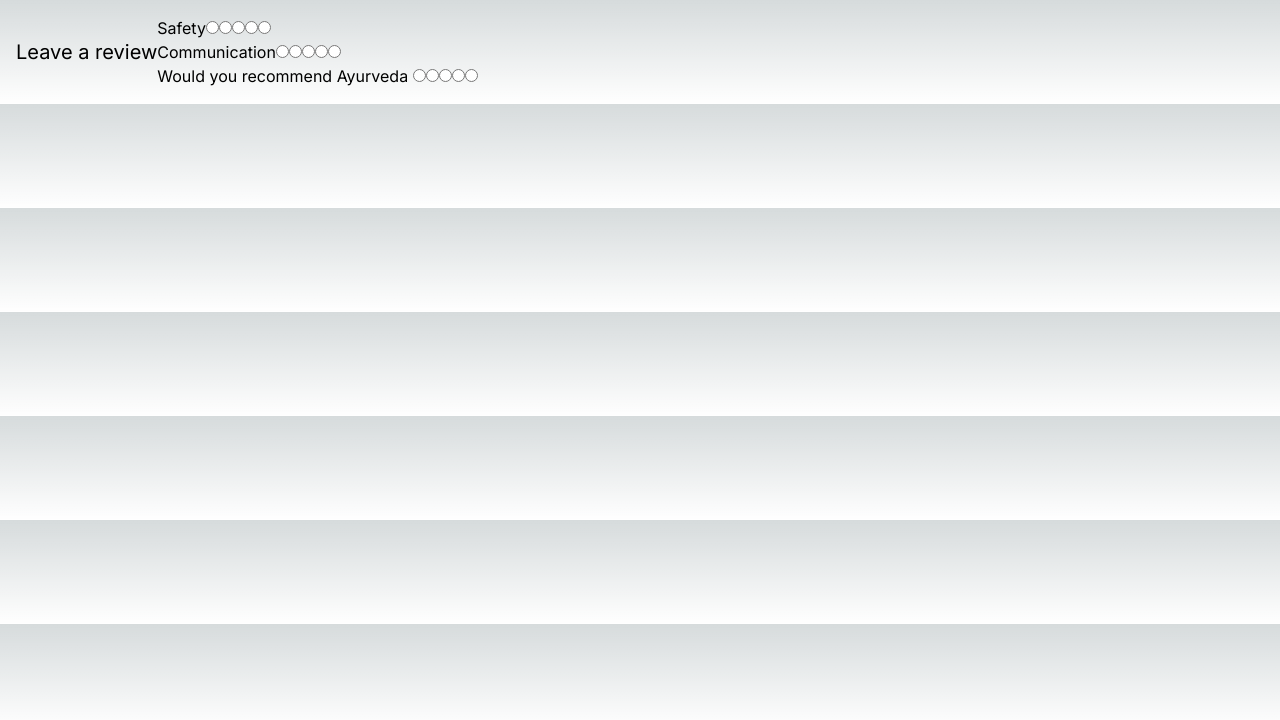
Repository: akankshaajoshi/review-form
Page: /review
These files come from the project's save history. The page is drawn as it stood at one moment and after the next save; the edit follows.
The browser window is 1280 px wide. The pictures show the whole page.
The project was rebuilt for these pictures with package versions that can differ from the ones it lists, and the page was loaded fresh each time. The framework's server and built-in components were replaced by stand-ins that run in the browser. Also part of the build but not shown: next.config.mjs.

Above is the page before, as saved 2024-05-25 11:19:21.

After the next save:
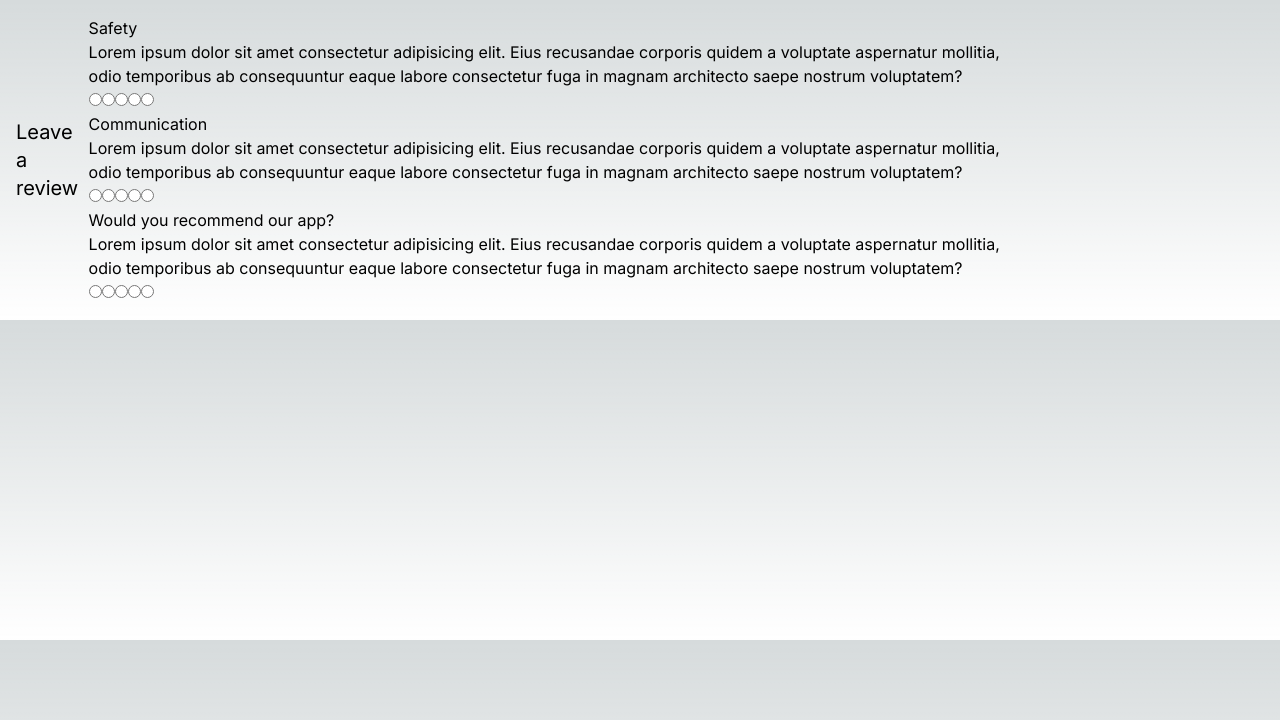
Saved 51 s later.
--- a/app/(routes)/review/page.tsx
+++ b/app/(routes)/review/page.tsx
@@ -19,6 +19,7 @@ export default async function Review(){
             <form onSubmit={onSubmit}>
                 <fieldset>
                     <label htmlFor="safety">Safety</label>
+                    <p>Lorem ipsum dolor sit amet consectetur adipisicing elit. Eius recusandae corporis quidem a voluptate aspernatur mollitia, odio temporibus ab consequuntur eaque labore consectetur fuga in magnam architecto saepe nostrum voluptatem?</p>
                     {ratings.map((item, index) =>{
                         return (
                             <input key={index} type="radio" name="safety" id={item.toString()} />
@@ -27,6 +28,7 @@ export default async function Review(){
                 </fieldset>
                 <fieldset>
                     <label htmlFor="communication">Communication</label>
+                    <p>Lorem ipsum dolor sit amet consectetur adipisicing elit. Eius recusandae corporis quidem a voluptate aspernatur mollitia, odio temporibus ab consequuntur eaque labore consectetur fuga in magnam architecto saepe nostrum voluptatem?</p>
                     {ratings.map((item, index) =>{
                         return (
                             <input key={index} type="radio" name="ratings" id={item.toString()} />
@@ -34,7 +36,8 @@ export default async function Review(){
                     })}
                 </fieldset>
                 <fieldset>
-                    <label htmlFor="recomment">Would you recommend Ayurveda </label>
+                    <label htmlFor="recomment">Would you recommend our app? </label>
+                    <p>Lorem ipsum dolor sit amet consectetur adipisicing elit. Eius recusandae corporis quidem a voluptate aspernatur mollitia, odio temporibus ab consequuntur eaque labore consectetur fuga in magnam architecto saepe nostrum voluptatem?</p>
                     {ratings.map((item, index) =>{
                         return (
                             <input key={index} type="radio" name="ratings" id={item.toString()} />
